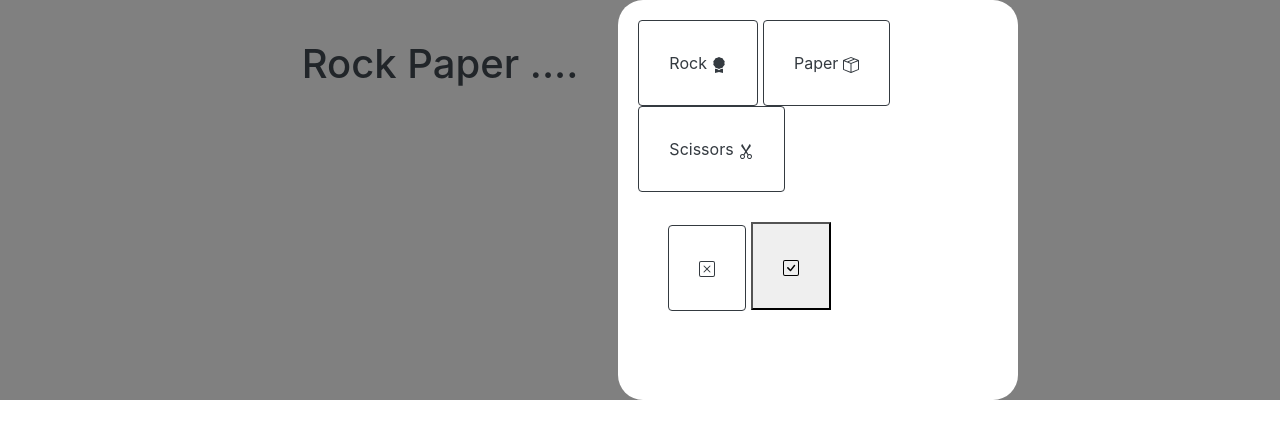
Repository: hossamsulleman1/Colllege-rock-paper-game
Page: game.html
The author's editor kept a copy of each file at every save. The page is drawn from the files as they stood at one save, then again after the next save.
The browser window is 1280 px wide. The pictures show the whole page.

Above is the page before, as saved 2020-09-15 10:39:37.
Console error: SyntaxError: Unexpected token '<'

### game.html
<!DOCTYPE html>
<html lang="en">
<head>
    <script src="index.js"></script>
    <link rel="stylesheet" href="index.css">

    <meta charset="UTF-8">
    <meta name="viewport" content="width=device-width, initial-scale=1.0">
    <title>Rock Paper...</title>
</head>
<body>
   <div class="wall">
      <h1 style="padding: 40px; text-align: center;">Rock Paper .... </h1>

      <div class="mainCard">
<Button class="btn btn-outline-dark" onclick="RockP1()" id="Rock" style="padding: 30px;">
    Rock
    <svg width="1em" height="1em" viewBox="0 0 16 16" class="bi bi-award-fill" fill="currentColor" xmlns="http://www.w3.org/2000/svg">
        <path d="M8 0l1.669.864 1.858.282.842 1.68 1.337 1.32L13.4 6l.306 1.854-1.337 1.32-.842 1.68-1.858.282L8 12l-1.669-.864-1.858-.282-.842-1.68-1.337-1.32L2.6 6l-.306-1.854 1.337-1.32.842-1.68L6.331.864 8 0z"/>
        <path d="M4 11.794V16l4-1 4 1v-4.206l-2.018.306L8 13.126 6.018 12.1 4 11.794z"/>
      </svg>
</Button>
<button class="btn btn-outline-dark" onclick="PaperP1()"id="Paper" style="padding: 30px;">
    Paper
    <svg width="1em" height="1em" viewBox="0 0 16 16" class="bi bi-box-seam" fill="currentColor" xmlns="http://www.w3.org/2000/svg">
        <path fill-rule="evenodd" d="M8.186 1.113a.5.5 0 0 0-.372 0L1.846 3.5l2.404.961L10.404 2l-2.218-.887zm3.564 1.426L5.596 5 8 5.961 14.154 3.5l-2.404-.961zm3.25 1.7l-6.5 2.6v7.922l6.5-2.6V4.24zM7.5 14.762V6.838L1 4.239v7.923l6.5 2.6zM7.443.184a1.5 1.5 0 0 1 1.114 0l7.129 2.852A.5.5 0 0 1 16 3.5v8.662a1 1 0 0 1-.629.928l-7.185 2.874a.5.5 0 0 1-.372 0L.63 13.09a1 1 0 0 1-.63-.928V3.5a.5.5 0 0 1 .314-.464L7.443.184z"/>
      </svg>
</button>
<button class="btn btn-outline-dark" onclick="ScissorsP1()" id="Scissors" style="padding: 30px;">
    Scissors
    <svg width="1em" height="1em" viewBox="0 0 16 16" class="bi bi-scissors" fill="currentColor" xmlns="http://www.w3.org/2000/svg">
        <path fill-rule="evenodd" d="M3.5 3.5c-.614-.884-.074-1.962.858-2.5L8 7.226 11.642 1c.932.538 1.472 1.616.858 2.5L8.81 8.61l1.556 2.661a2.5 2.5 0 1 1-.794.637L8 9.73l-1.572 2.177a2.5 2.5 0 1 1-.794-.637L7.19 8.61 3.5 3.5zm2.5 10a1.5 1.5 0 1 1-3 0 1.5 1.5 0 0 1 3 0zm7 0a1.5 1.5 0 1 1-3 0 1.5 1.5 0 0 1 3 0z"/>
      </svg>
</button>

<div style="padding: 30px;">
    <button class="btn btn-outline-dark" style="padding: 30px;">
        <!-- CANCEL BUTTON -->
        <svg width="1em" height="1em" viewBox="0 0 16 16" class="bi bi-x-square" fill="currentColor" xmlns="http://www.w3.org/2000/svg">
            <path fill-rule="evenodd" d="M14 1H2a1 1 0 0 0-1 1v12a1 1 0 0 0 1 1h12a1 1 0 0 0 1-1V2a1 1 0 0 0-1-1zM2 0a2 2 0 0 0-2 2v12a2 2 0 0 0 2 2h12a2 2 0 0 0 2-2V2a2 2 0 0 0-2-2H2z"/>
            <path fill-rule="evenodd" d="M4.646 4.646a.5.5 0 0 1 .708 0L8 7.293l2.646-2.647a.5.5 0 0 1 .708.708L8.707 8l2.647 2.646a.5.5 0 0 1-.708.708L8 8.707l-2.646 2.647a.5.5 0 0 1-.708-.708L7.293 8 4.646 5.354a.5.5 0 0 1 0-.708z"/>
          </svg>
    </button>

    <button style="padding: 30px;" onclick="randomNumberGen()">
        <!-- CHECK BUTTON -->
        <svg width="1em" height="1em" viewBox="0 0 16 16" class="bi bi-check-square" fill="currentColor" xmlns="http://www.w3.org/2000/svg">
            <path fill-rule="evenodd" d="M14 1H2a1 1 0 0 0-1 1v12a1 1 0 0 0 1 1h12a1 1 0 0 0 1-1V2a1 1 0 0 0-1-1zM2 0a2 2 0 0 0-2 2v12a2 2 0 0 0 2 2h12a2 2 0 0 0 2-2V2a2 2 0 0 0-2-2H2z"/>
            <path fill-rule="evenodd" d="M10.97 4.97a.75.75 0 0 1 1.071 1.05l-3.992 4.99a.75.75 0 0 1-1.08.02L4.324 8.384a.75.75 0 1 1 1.06-1.06l2.094 2.093 3.473-4.425a.236.236 0 0 1 .02-.022z"/>
          </svg>
    </button>
</div>



    </div>






</div>

   <!-- scripts -->
   <!-- CSS only -->
<link rel="stylesheet" href="https://stackpath.bootstrapcdn.com/bootstrap/4.5.2/css/bootstrap.min.css" integrity="sha384-JcKb8q3iqJ61gNV9KGb8thSsNjpSL0n8PARn9HuZOnIxN0hoP+VmmDGMN5t9UJ0Z" crossorigin="anonymous">

<!-- JS, Popper.js, and jQuery -->
<script src="https://code.jquery.com/jquery-3.5.1.slim.min.js" integrity="sha384-DfXdz2htPH0lsSSs5nCTpuj/zy4C+OGpamoFVy38MVBnE+IbbVYUew+OrCXaRkfj" crossorigin="anonymous"></script>
<script src="https://cdn.jsdelivr.net/npm/popper.js@1.16.1/dist/umd/popper.min.js" integrity="sha384-9/reFTGAW83EW2RDu2S0VKaIzap3H66lZH81PoYlFhbGU+6BZp6G7niu735Sk7lN" crossorigin="anonymous"></script>
<script src="https://stackpath.bootstrapcdn.com/bootstrap/4.5.2/js/bootstrap.min.js" integrity="sha384-B4gt1jrGC7Jh4AgTPSdUtOBvfO8shuf57BaghqFfPlYxofvL8/KUEfYiJOMMV+rV" crossorigin="anonymous"></script>
</body>
</html>

### index.js
var randomNumber = null;
var P1Selection = null;
var P2Selection = null;
var compSelection = null;
var compSelectionSVG = null;
var outcome = null;

const Rock = 1
const Paper = 2
const Scissors = 3

function randomNumberGen() {
   randomNumber = Math.ceil(Math.random() * 3)
compSelection = randomNumber
console.log(compSelection + "comp Selection")
}

function howToPlay(){
 alert("click either rock paper or ... and confirm your selection once this is completed the second user will be able to place their selection then rumble!")
}


function compSelectionSvg() {
    if (compSelection = 1 ) {
        document.getElementById("mainCard").innerHTML =
        <div>
   <h1>Rocky Bot Chose</h1>
        <svg width="1em" height="1em" viewBox="0 0 16 16" class="bi bi-award-fill" fill="currentColor" xmlns="http://www.w3.org/2000/svg">
  <path d="M8 0l1.669.864 1.858.282.842 1.68 1.337 1.32L13.4 6l.306 1.854-1.337 1.32-.842 1.68-1.858.282L8 12l-1.669-.864-1.858-.282-.842-1.68-1.337-1.32L2.6 6l-.306-1.854 1.337-1.32.842-1.68L6.331.864 8 0z"/>
  <path d="M4 11.794V16l4-1 4 1v-4.206l-2.018.306L8 13.126 6.018 12.1 4 11.794z"/>
</svg>
        <p>you......</p>
        <h1 id="Win/Lose"></h1>
        </div>

        ;

    }
    if (compSelection = 2 ) {
        document.getElementById("mainCard").innerHTML =
        <div>
    <h1>Rocky Bot Chose</h1>
        <svg width="1em" height="1em" viewBox="0 0 16 16" class="bi bi-box-seam" fill="currentColor" xmlns="http://www.w3.org/2000/svg">
  <path fill-rule="evenodd" d="M8.186 1.113a.5.5 0 0 0-.372 0L1.846 3.5l2.404.961L10.404 2l-2.218-.887zm3.564 1.426L5.596 5 8 5.961 14.154 3.5l-2.404-.961zm3.25 1.7l-6.5 2.6v7.922l6.5-2.6V4.24zM7.5 14.762V6.838L1 4.239v7.923l6.5 2.6zM7.443.184a1.5 1.5 0 0 1 1.114 0l7.129 2.852A.5.5 0 0 1 16 3.5v8.662a1 1 0 0 1-.629.928l-7.185 2.874a.5.5 0 0 1-.372 0L.63 13.09a1 1 0 0 1-.63-.928V3.5a.5.5 0 0 1 .314-.464L7.443.184z"/>
</svg>

        <p>you......</p>
        <h1 id="Win/Lose"></h1>
        </div>

        ;

    }
    if (compSelection = 3 ) {
        document.getElementById("mainCard").innerHTML =
        <div>
        <h1>Rocky Bot Chose</h1>
        <svg width="1em" height="1em" viewBox="0 0 16 16" class="bi bi-scissors" fill="currentColor" xmlns="http://www.w3.org/2000/svg">
  <path fill-rule="evenodd" d="M3.5 3.5c-.614-.884-.074-1.962.858-2.5L8 7.226 11.642 1c.932.538 1.472 1.616.858 2.5L8.81 8.61l1.556 2.661a2.5 2.5 0 1 1-.794.637L8 9.73l-1.572 2.177a2.5 2.5 0 1 1-.794-.637L7.19 8.61 3.5 3.5zm2.5 10a1.5 1.5 0 1 1-3 0 1.5 1.5 0 0 1 3 0zm7 0a1.5 1.5 0 1 1-3 0 1.5 1.5 0 0 1 3 0z"/>
</svg>
        <p>you......</p>
        <h1 id="Win/Lose"></h1>
        </div>

        ;

    }
    Calculation()
document.getElementById("Win/Loss").innerText = outcome;

}

function itemHierarchy(){



}

function goToGame() {
    window.location.replace("game.html");
}


function RockP1() {
    P1Selection = Rock
    console.log(P1Selection)
}

function PaperP1(){
    P1Selection = Paper
    console.log(P1Selection)
}

function  ScissorsP1() {
    P1Selection = Scissors
    console.log(P1Selection)
}

function Calculation() {

}

### index.css
.mainCard {
    border-radius: 25px;
    background: white;
    padding: 20px;
    width: 400px;
    height: 400px;


}

.wall {
    background-color: grey;
    display: flex;
    justify-content: center;
    height: auto;
    width: auto;
}

After the next save:
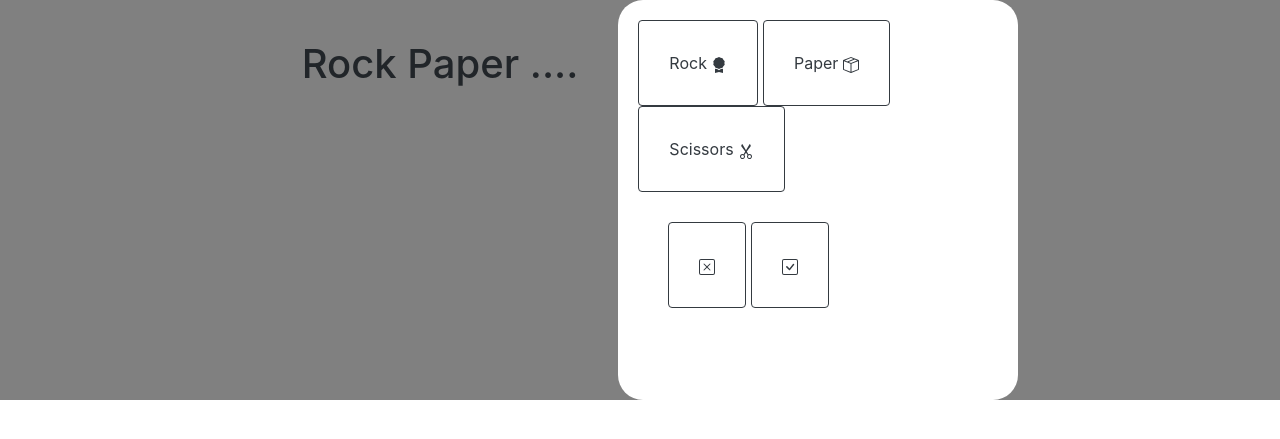
Saved 4 s later.
--- a/game.html
+++ b/game.html
@@ -42,7 +42,7 @@
           </svg>
     </button>
 
-    <button style="padding: 30px;" onclick="randomNumberGen()">
+    <button class="btn btn-outline-dark" style="padding: 30px;" onclick="randomNumberGen()">
         <!-- CHECK BUTTON -->
         <svg width="1em" height="1em" viewBox="0 0 16 16" class="bi bi-check-square" fill="currentColor" xmlns="http://www.w3.org/2000/svg">
             <path fill-rule="evenodd" d="M14 1H2a1 1 0 0 0-1 1v12a1 1 0 0 0 1 1h12a1 1 0 0 0 1-1V2a1 1 0 0 0-1-1zM2 0a2 2 0 0 0-2 2v12a2 2 0 0 0 2 2h12a2 2 0 0 0 2-2V2a2 2 0 0 0-2-2H2z"/>
